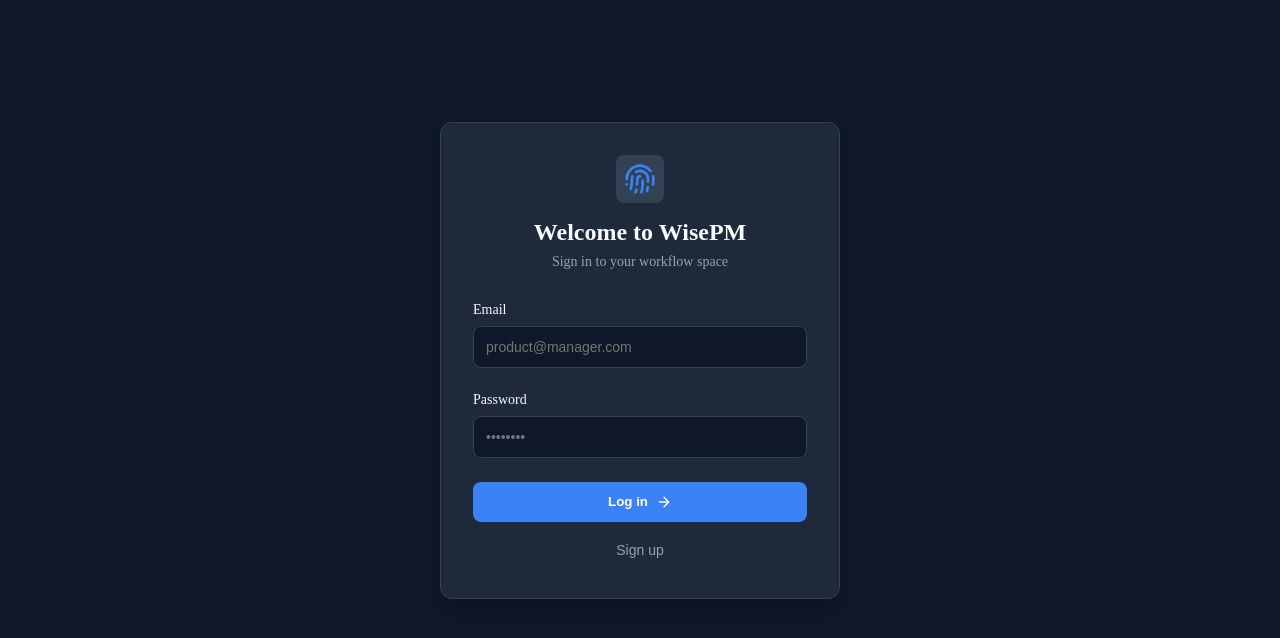
Repository: abdelhak-halaili/WisePM
Page: /login
An editor plug-in stored every save of this project. The page is shown before and after the next save, followed by the edit.
The browser window is 1280 px wide. The pictures show the whole page.
The project was rebuilt for these pictures with package versions that can differ from the ones it lists, and the page was loaded fresh each time. The framework's server and built-in components were replaced by stand-ins that run in the browser. Also part of the build but not shown: next.config.ts.

Above is the page before, as saved 2026-02-07 18:56:42.

### src/app/layout.tsx
import type { Metadata } from "next";
import { Geist, Geist_Mono } from "next/font/google";
import "./globals.css";

const geistSans = Geist({
  variable: "--font-geist-sans",
  subsets: ["latin"],
});

const geistMono = Geist_Mono({
  variable: "--font-geist-mono",
  subsets: ["latin"],
});

export const metadata: Metadata = {
  title: "WisePM | AI-Powered Product Management",
  description: "Automate your product workflows with AI assistance.",
};

export default function RootLayout({
  children,
}: Readonly<{
  children: React.ReactNode;
}>) {
  return (
    <html lang="en" suppressHydrationWarning>
      <body className={`${geistSans.variable} ${geistMono.variable}`}>
        {children}
      </body>
    </html>
  );
}

### src/app/login/page.tsx
import { login, signup } from './actions'
import styles from './page.module.css' // We will create this module
import { ArrowRight, Fingerprint } from 'lucide-react'

export default function LoginPage({
  searchParams,
}: {
  searchParams?: { [key: string]: string | string[] | undefined }
}) {
  return (
    <div className={styles.container}>
      <div className={styles.card}>
        <div className={styles.header}>
          <div className={styles.logo}>
            <Fingerprint size={32} />
          </div>
          <h1 className={styles.title}>Welcome to WisePM</h1>
          <p className={styles.subtitle}>Sign in to your workflow space</p>
        </div>

        <form className={styles.form}>
         <div className={styles.inputGroup}>
            <label htmlFor="email" className={styles.label}>Email</label>
            <input
              id="email"
              name="email"
              type="email"
              required
              className={styles.input}
              placeholder="product@manager.com"
            />
          </div>

          <div className={styles.inputGroup}>
            <label htmlFor="password" className={styles.label}>Password</label>
            <input
              id="password"
              name="password"
              type="password"
              required
              className={styles.input}
              placeholder="••••••••"
            />
          </div>

          <div className={styles.actions}>
            <button formAction={login} className={styles.buttonPrimary}>
              Log in <ArrowRight size={16} />
            </button>
            <button formAction={signup} className={styles.buttonSecondary}>
              Sign up
            </button>
          </div>

          {searchParams?.error && (
            <p className={styles.error}>{searchParams.error}</p>
          )}
          {searchParams?.message && (
            <p className={styles.message}>{searchParams.message}</p>
          )}
        </form>
      </div>
    </div>
  )
}

### src/app/globals.css
:root {
  /* Design Tokens - Dark Mode Default */

  /* Backgrounds */
  --background: #0f172a; /* Slate 900 */
  --surface: #1e293b;    /* Slate 800 */
  --surface-hover: #334155; /* Slate 700 */

  /* Foreground / Text */
  --foreground: #f8fafc; /* Slate 50 */
  --muted: #94a3b8;      /* Slate 400 */

  /* Accents */
  --primary: #3b82f6;    /* Blue 500 */
  --primary-hover: #2563eb; /* Blue 600 */
  --primary-foreground: #ffffff;

  /* Borders */
  --border: #334155;     /* Slate 700 */

  /* Spacing & Radius */
  --radius-sm: 0.375rem;
  --radius-md: 0.5rem;
  --radius-lg: 0.75rem;

  --font-sans: var(--font-geist-sans);
  --font-mono: var(--font-geist-mono);
}

* {
  box-sizing: border-box;
  padding: 0;
  margin: 0;
}

html,
body {
  max-width: 100vw;
  overflow-x: hidden;
  height: 100%;
}

body {
  background: var(--background);
  color: var(--foreground);
  font-family: var(--font-sans), system-ui, sans-serif;
  -webkit-font-smoothing: antialiased;
  -moz-osx-font-smoothing: grayscale;
}

a {
  color: inherit;
  text-decoration: none;
}

/* Utilities */
.container {
  max-width: 1200px;
  margin: 0 auto;
  padding: 0 1rem;
}

### src/app/login/actions.ts
'use server'

import { revalidatePath } from 'next/cache'
import { redirect } from 'next/navigation'

import { createClient } from '@/utils/supabase/server'

export async function login(formData: FormData) {
  const supabase = createClient()

  const data = {
    email: formData.get('email') as string,
    password: formData.get('password') as string,
  }

  const { error } = await (await supabase).auth.signInWithPassword(data)

  if (error) {
    redirect('/login?error=Could not authenticate user')
  }

  revalidatePath('/', 'layout')
  redirect('/dashboard')
}

export async function signup(formData: FormData) {
  const supabase = await createClient()

  const data = {
    email: formData.get('email') as string,
    password: formData.get('password') as string,
  }

  const { error, data: authData } = await supabase.auth.signUp(data)

  if (error) {
    redirect(`/login?error=${error.message}`)
  }

  if (authData?.user && !authData.session) {
    redirect('/login?message=Check your email to continue.')
  }

  revalidatePath('/', 'layout')
  redirect('/dashboard')
}

### src/app/login/page.module.css
.container {
  min-height: 100vh;
  display: flex;
  align-items: center;
  justify-content: center;
  background: var(--background);
  padding: 1rem;
}

.card {
  width: 100%;
  max-width: 400px;
  background: var(--surface);
  border: 1px solid var(--border);
  border-radius: var(--radius-lg);
  padding: 2rem;
  box-shadow: 0 10px 15px -3px rgba(0, 0, 0, 0.1), 0 4px 6px -2px rgba(0, 0, 0, 0.05);
}

.header {
  text-align: center;
  margin-bottom: 2rem;
}

.logo {
  display: inline-flex;
  align-items: center;
  justify-content: center;
  width: 48px;
  height: 48px;
  background: var(--surface-hover);
  border-radius: var(--radius-md);
  color: var(--primary);
  margin-bottom: 1rem;
}

.title {
  font-size: 1.5rem;
  font-weight: 700;
  color: var(--foreground);
  margin-bottom: 0.5rem;
}

.subtitle {
  color: var(--muted);
  font-size: 0.875rem;
}

.form {
  display: flex;
  flex-direction: column;
  gap: 1.5rem;
}

.inputGroup {
  display: flex;
  flex-direction: column;
  gap: 0.5rem;
}

.label {
  font-size: 0.875rem;
  font-weight: 500;
  color: var(--foreground);
}

.input {
  background: var(--background);
  border: 1px solid var(--border);
  color: var(--foreground);
  padding: 0.75rem;
  border-radius: var(--radius-md);
  font-size: 0.875rem;
  transition: border-color 0.2s;
}

.input:focus {
  outline: none;
  border-color: var(--primary);
}

.actions {
  display: flex;
  flex-direction: column;
  gap: 0.75rem;
}

.buttonPrimary {
  background: var(--primary);
  color: var(--primary-foreground);
  padding: 0.75rem;
  border-radius: var(--radius-md);
  font-weight: 600;
  border: none;
  cursor: pointer;
  display: flex;
  align-items: center;
  justify-content: center;
  gap: 0.5rem;
  transition: background 0.2s;
}

.buttonPrimary:hover {
  background: var(--primary-hover);
}

.buttonSecondary {
  background: transparent;
  color: var(--muted);
  font-size: 0.875rem;
  border: none;
  cursor: pointer;
  padding: 0.5rem;
}

.buttonSecondary:hover {
  color: var(--foreground);
  text-decoration: underline;
}

.error {
  color: var(--error);
  font-size: 0.875rem;
  text-align: center;
  margin-top: 0.5rem;
}

.message {
  color: var(--primary);
  font-size: 0.875rem;
  text-align: center;
  margin-top: 0.5rem;
}

### src/utils/supabase/server.ts
import { createServerClient } from "@supabase/ssr";
import { cookies } from "next/headers";

export async function createClient() {
  const cookieStore = await cookies();

  return createServerClient(
    process.env.NEXT_PUBLIC_SUPABASE_URL!,
    process.env.NEXT_PUBLIC_SUPABASE_ANON_KEY!,
    {
      cookies: {
        getAll() {
          return cookieStore.getAll();
        },
        setAll(cookiesToSet) {
          try {
            const isServerComponent = true; // Flag to indicate we are in a server component
            // If this is called from a Server Component, we can't set cookies.
            // The middleware or route handler should handle cookie setting for auth.
            // However, this method is required by the type definition.
            cookiesToSet.forEach(({ name, value, options }) =>
              cookieStore.set(name, value, options)
            );
          } catch {
            // The `setAll` method was called from a Server Component.
            // This can be ignored if you have middleware refreshing
            // user sessions.
          }
        },
      },
    }
  );
}

After the next save:
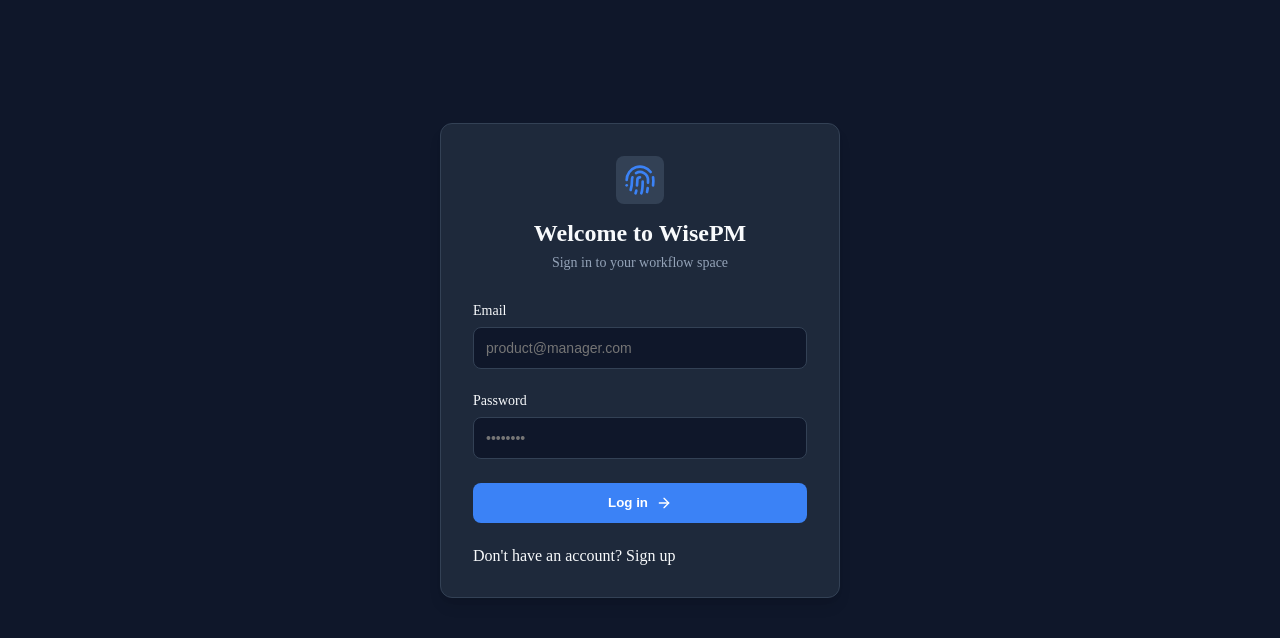
Saved 2 min 6 s later.
--- a/src/app/login/page.tsx
+++ b/src/app/login/page.tsx
@@ -1,12 +1,16 @@
+import Link from 'next/link'
 import { login, signup } from './actions'
-import styles from './page.module.css' // We will create this module
-import { ArrowRight, Fingerprint } from 'lucide-react'
+import styles from './page.module.css'
+import { ArrowRight, Fingerprint, UserPlus } from 'lucide-react'
 
 export default function LoginPage({
   searchParams,
 }: {
   searchParams?: { [key: string]: string | string[] | undefined }
 }) {
+  const mode = searchParams?.mode === 'signup' ? 'signup' : 'login'
+  const isLogin = mode === 'login'
+
   return (
     <div className={styles.container}>
       <div className={styles.card}>
@@ -14,8 +18,12 @@
           <div className={styles.logo}>
             <Fingerprint size={32} />
           </div>
-          <h1 className={styles.title}>Welcome to WisePM</h1>
-          <p className={styles.subtitle}>Sign in to your workflow space</p>
+          <h1 className={styles.title}>
+            {isLogin ? 'Welcome to WisePM' : 'Create an account'}
+          </h1>
+          <p className={styles.subtitle}>
+            {isLogin ? 'Sign in to your workflow space' : 'Start building AI-powered workflows'}
+          </p>
         </div>
 
         <form className={styles.form}>
@@ -40,16 +48,38 @@
               required
               className={styles.input}
               placeholder="••••••••"
+              minLength={6}
             />
           </div>
 
           <div className={styles.actions}>
-            <button formAction={login} className={styles.buttonPrimary}>
-              Log in <ArrowRight size={16} />
-            </button>
-            <button formAction={signup} className={styles.buttonSecondary}>
-              Sign up
-            </button>
+            {isLogin ? (
+              <button formAction={login} className={styles.buttonPrimary}>
+                Log in <ArrowRight size={16} />
+              </button>
+            ) : (
+              <button formAction={signup} className={styles.buttonPrimary}>
+                Sign up <UserPlus size={16} />
+              </button>
+            )}
+          </div>
+
+          <div className={styles.footer}>
+            {isLogin ? (
+              <p>
+                Don't have an account?{' '}
+                <Link href="/login?mode=signup" className={styles.link}>
+                  Sign up
+                </Link>
+              </p>
+            ) : (
+              <p>
+                Already have an account?{' '}
+                <Link href="/login" className={styles.link}>
+                  Log in
+                </Link>
+              </p>
+            )}
           </div>
 
           {searchParams?.error && (
